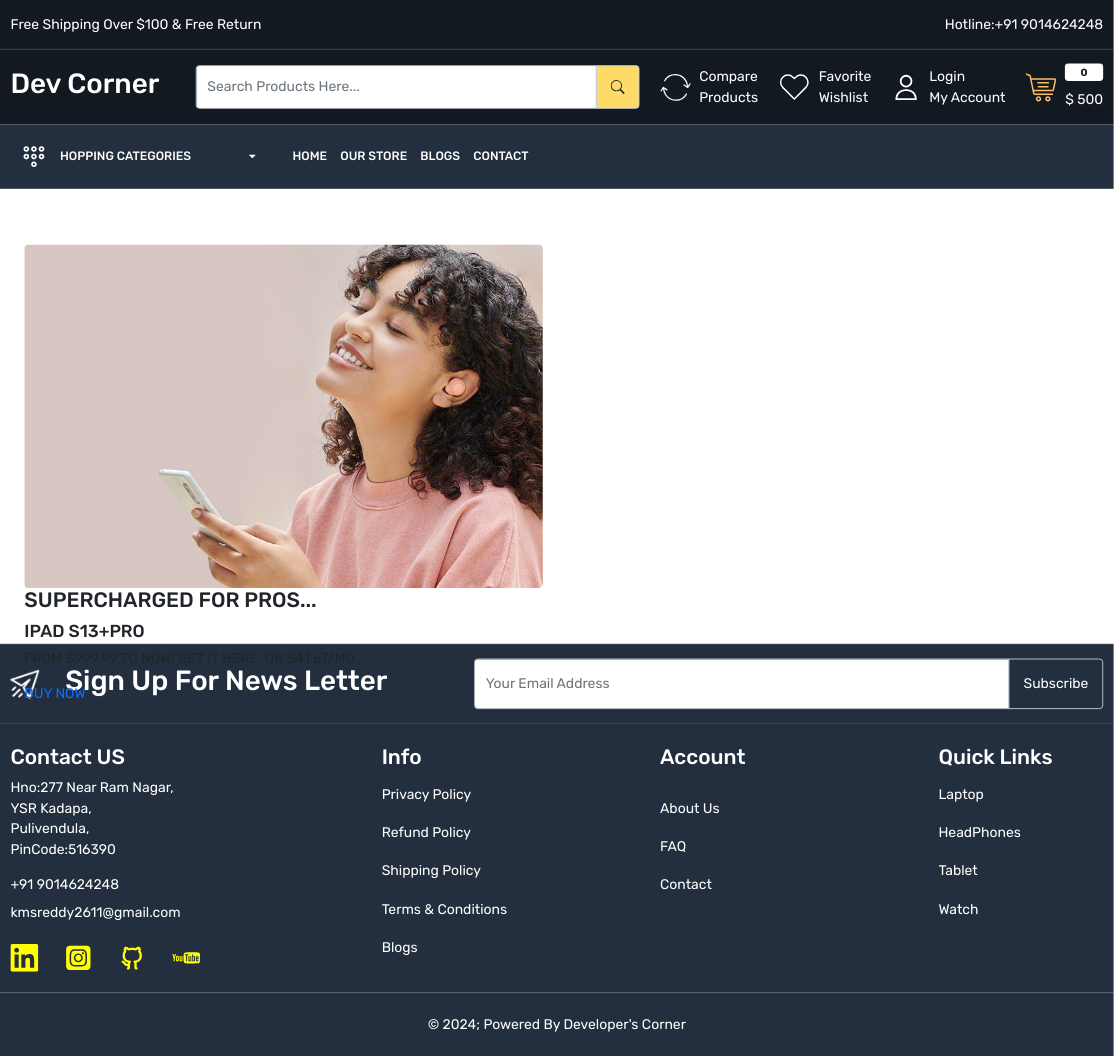
Repository: maniheist/ecommerce-app
Page: /
The author's editor kept a copy of each file at every save. The page is drawn from the files as they stood at one save, then again after the next save.
The browser window is 1280 px wide. The pictures show the whole page, at 87% of full size.
The project was rebuilt for these pictures with package versions that can differ from the ones it lists, and the page was loaded fresh each time. Also part of the build but not shown: src/pages/About.js, src/pages/Contact.js.

Above is the page before, as saved 2024-02-18 18:17:59.

After the next save:
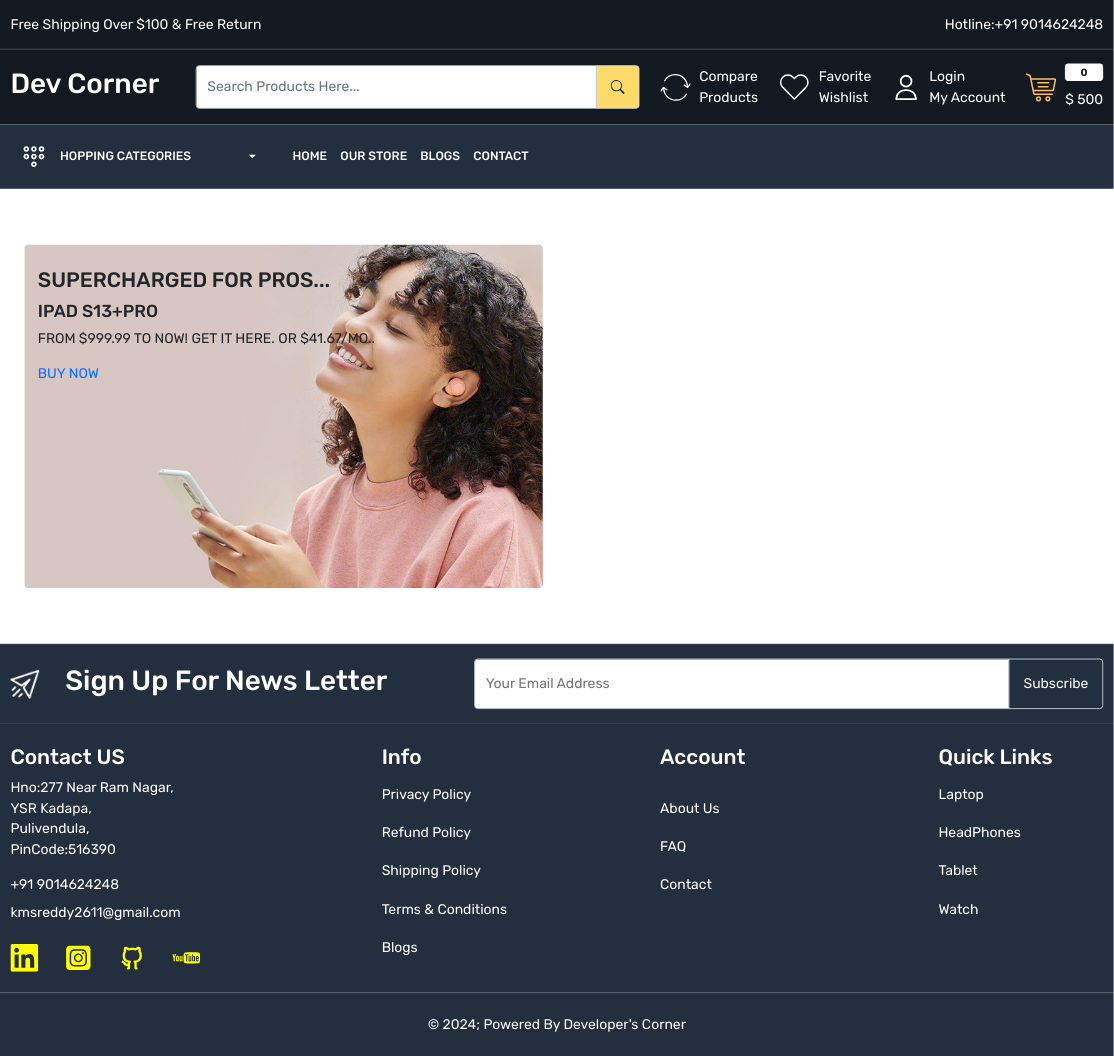
Saved 88 s later.
--- a/src/App.css
+++ b/src/App.css
@@ -111,3 +111,13 @@
   padding:8px 17px;
 }
 /* footer part end */
+
+/*Home page*/
+
+.main-banner-content{
+  top:10%;
+  left:5%;
+}
+
+
+/* Home Page End */
